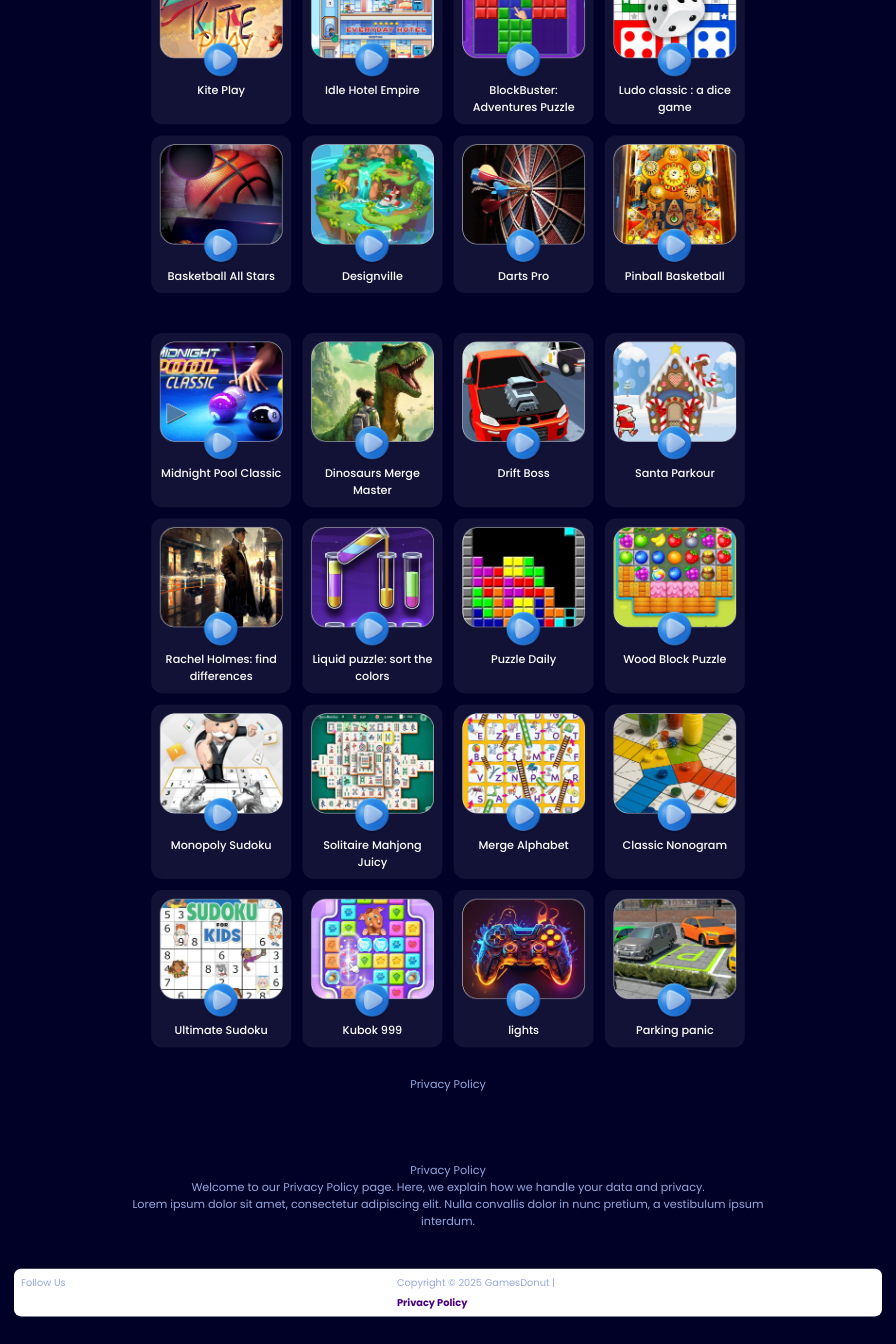
Repository: meenadabhii/jpygames.com
Page: http://localhost/
These files come from the project's save history. The page is drawn as it stood at one moment and after a run of saves; the edit follows.
The browser window is 1280 px wide. The pictures show the part of the page from y = 2392 to 4312 px (the page is 4312 px tall), at 70% of full size.
Some web libraries are served in a nearby version. The page is served by the project's Node server (app.js).

Above is the page before, as saved 2025-02-08 10:24:43.
Console error: ReferenceError: googletag is not defined

After the next 3 saves:
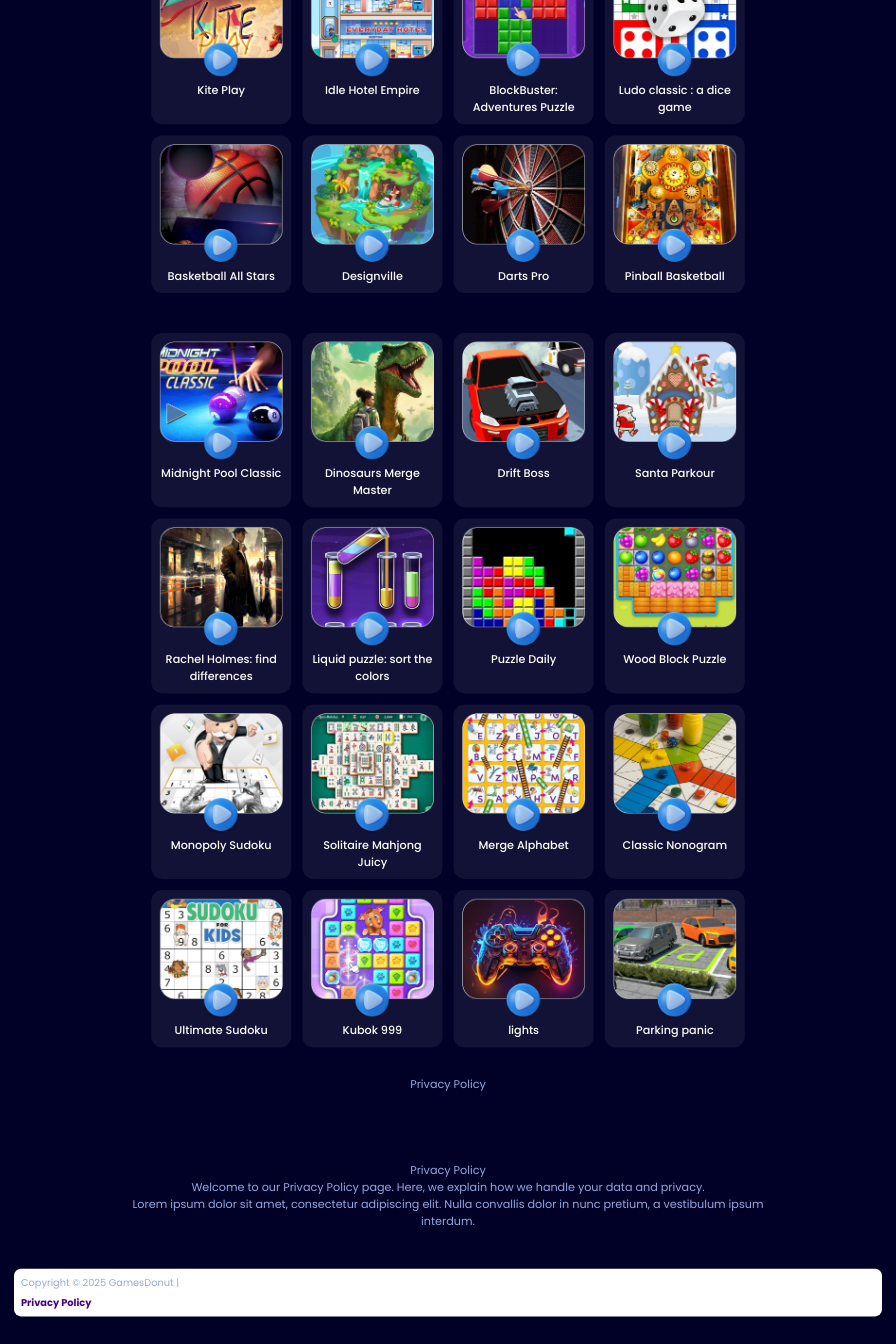
The 3 saves are shown as one change because they came seconds apart.
The last was saved 99 s later.
--- a/nodejs/views/footer.ejs
+++ b/nodejs/views/footer.ejs
@@ -79,8 +79,6 @@
     </div>
 
     <div class="footer">
-        <p>Follow Us</p>
-
         <p>Copyright &copy; 2025 GamesDonut | <a href="#">Privacy Policy</a></p>
     </div>
 </body>
